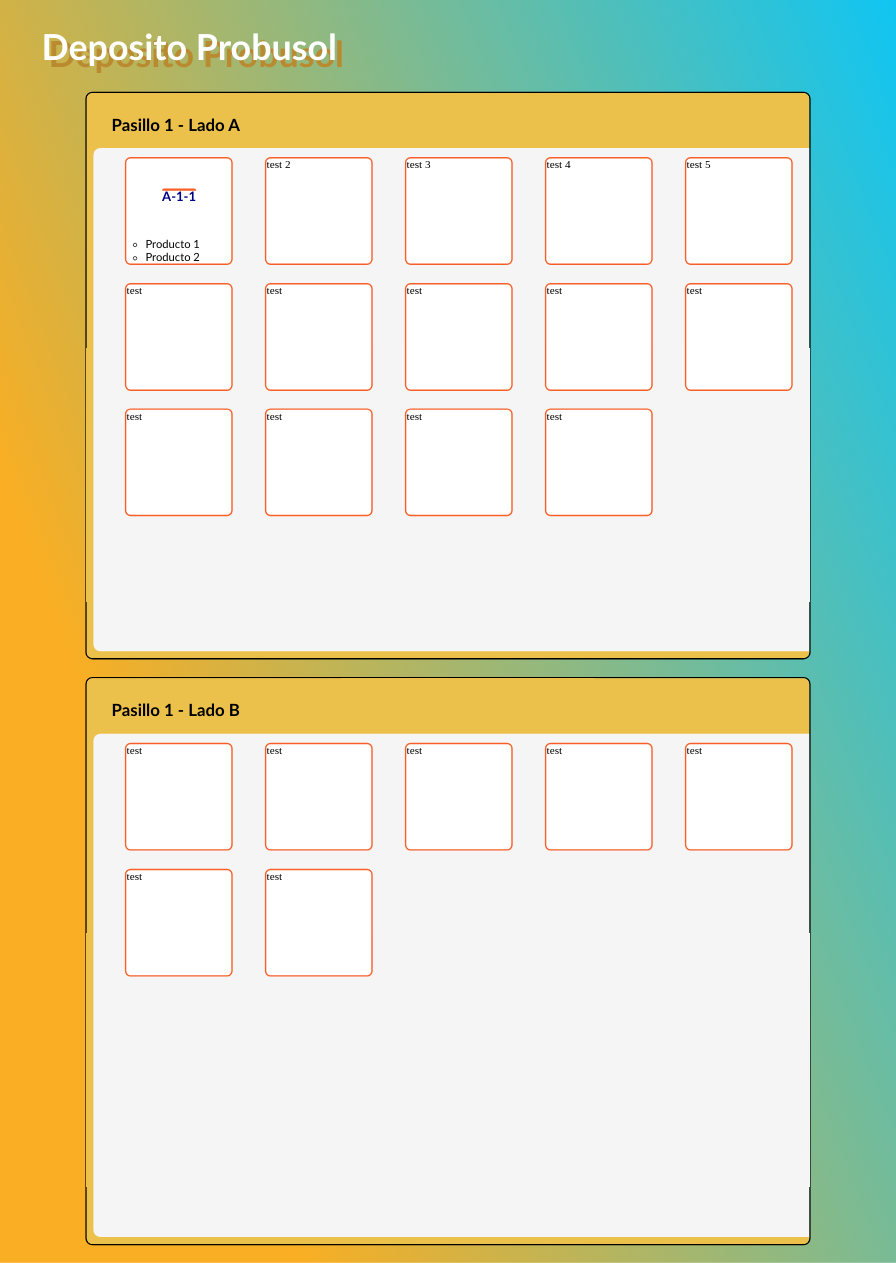
Repository: Franzcod/DepoStock_Web
Page: index.html
The author's editor kept a copy of each file at every save. The page is drawn from the files as they stood at one save, then again after the next save.
The browser window is 1280 px wide. The pictures show the whole page, at 70% of full size.

Above is the page before, as saved 2020-06-07 20:56:18.
Console error: ReferenceError: ur is not defined

### index.html
<!DOCTYPE html>
<html lang="en">
<head>
    <meta charset="UTF-8">
    <meta name="viewport" content="width=device-width, initial-scale=1.0">
    <title>Deposito Probusol</title>

    <link rel="stylesheet" href="estilo/estilo.css">
</head>
<body>

    <div class="titulo">
        <h1>Deposito Probusol</h1>
    </div>


    <div class="app">
        <h2>Pasillo 1 - Lado A</h2>

        <ul class="hs">

            <li class="item">
                <div class="posi-1">
                    <h3 class="pos">A-1-1</h3>
                </div>
                <ul class="listaProduc">
                    <li class="producto"> Producto 1</li>
                    <li class="producto"> Producto 2</li>
                </ul>
            </li>

            <li class="item">test 2</li>
            <li class="item">test 3</li>
            <li class="item">test 4</li>
            <li class="item">test 5</li>
            <li class="item">test 6</li>
            <li class="item">test 7</li>
            <li class="item">test 8</li>
            <li class="item">test 9</li>
            <li class="item">test</li>
            <li class="item">test</li>
            <li class="item">test</li>
            <li class="item">test</li>
            <li class="item">test</li>
            <li class="item">test</li>
            <li class="item">test</li>
            <li class="item">test</li>
            <li class="item">test</li>
            <li class="item">test</li>
            <li class="item">test</li>
            <li class="item">test</li>
            <li class="item">test</li>
            <li class="item">test</li>
            <li class="item">test</li>

        </ul>

        <!-- <div class="container">
            <div class="item">
            <h3>Block for context</h3>
            </div>
        </div> -->
    </div>

    <div class="app">
        <h2>Pasillo 1 - Lado B</h2>

        <ul class="hs">
            <li class="item">test</li>
            <li class="item">test</li>
            <li class="item">test</li>
            <li class="item">test</li>
            <li class="item">test</li>
            <li class="item">test</li>
            <li class="item">test</li>
            <li class="item">test</li>
            <li class="item">test</li>
            <li class="item">test</li>
            <li class="item">test</li>
            <li class="item">test</li>

        </ul>

        <!-- <div class="container">
            <div class="item">
            <h3>Block for context</h3>
            </div>
        </div> -->
    </div>






    <script>ur</script>

</body>







</html>

### estilo/estilo.css
html{
    background: rgb(11,196,242);
    background: linear-gradient(249deg, rgba(11,196,242,0.981127485173757) 0%, rgba(248,163,5,0.8774860285911239) 78%);
}

.titulo{
    margin: 2vw 4vw;
    align-items: flex-start;
    color: #fff;
    font-size: 2vw;
    font-family: 'Gill Sans', 'Gill Sans MT', Calibri, 'Trebuchet MS', sans-serif;
    text-shadow: 10px 10px rgb(186, 138, 48);
}



.app {
    padding: 10px;
    display: grid;
    grid-gap: var(--gutter) 0;
    border: 2px solid black;
    /* grid-template-columns: var(--gutter) 1fr var(--gutter);  */
    align-content: start;
    width: 80%;
    height: 75%;
    background: rgb(235, 192, 75);
    /* overflow-y: scroll; */
    margin: 2vw auto;
    overflow-x: auto;
    border-radius: 10px;
}


.hs {
    display: grid;
    grid-template-columns: repeat(10, 1fr);
    grid-template-rows: repeat(4, 1fr);
    overflow-x: auto;
    /* scroll-snap-type: x proximity; */
    padding-bottom: calc(.75 * var(--gutter));
    background-color:whitesmoke;
    width: 2000px;
    align-items: center;
    margin: auto;
    border-radius: 10px;
}

h2{
    margin-left: 2vw;
    font-family: 'Gill Sans', 'Gill Sans MT', Calibri, 'Trebuchet MS', sans-serif;
}

.item {
    /* scroll-snap-align: center; */
    /* padding: 2px;  */
    display: flex;
    flex-direction: column;
    justify-content: start;
    align-items: flex-start;
    background: #fff;
    border: 2px solid rgb(247, 95, 39);
    border-radius: 8px;
    height: 150px;
    width: 150px;
    margin: 1vw 5px;

}
.posi-1{
    margin: auto;
}

.pos{
    width: 100%;
    height: 15%;
    border-radius: 4px 4px 0 0 ;
    margin: 0px auto;
    align-items: center;
    color: darkblue;
    background: rgb(247, 95, 39);
    margin-inline-start: auto;
    font-family: 'Gill Sans', 'Gill Sans MT', Calibri, 'Trebuchet MS', sans-serif;

}


.listaProduc{
    margin-top: 5px;
    margin-left: 2px;
    padding-left: 25px;
    font-family: 'Gill Sans', 'Gill Sans MT', Calibri, 'Trebuchet MS', sans-serif;

}

After the next save:
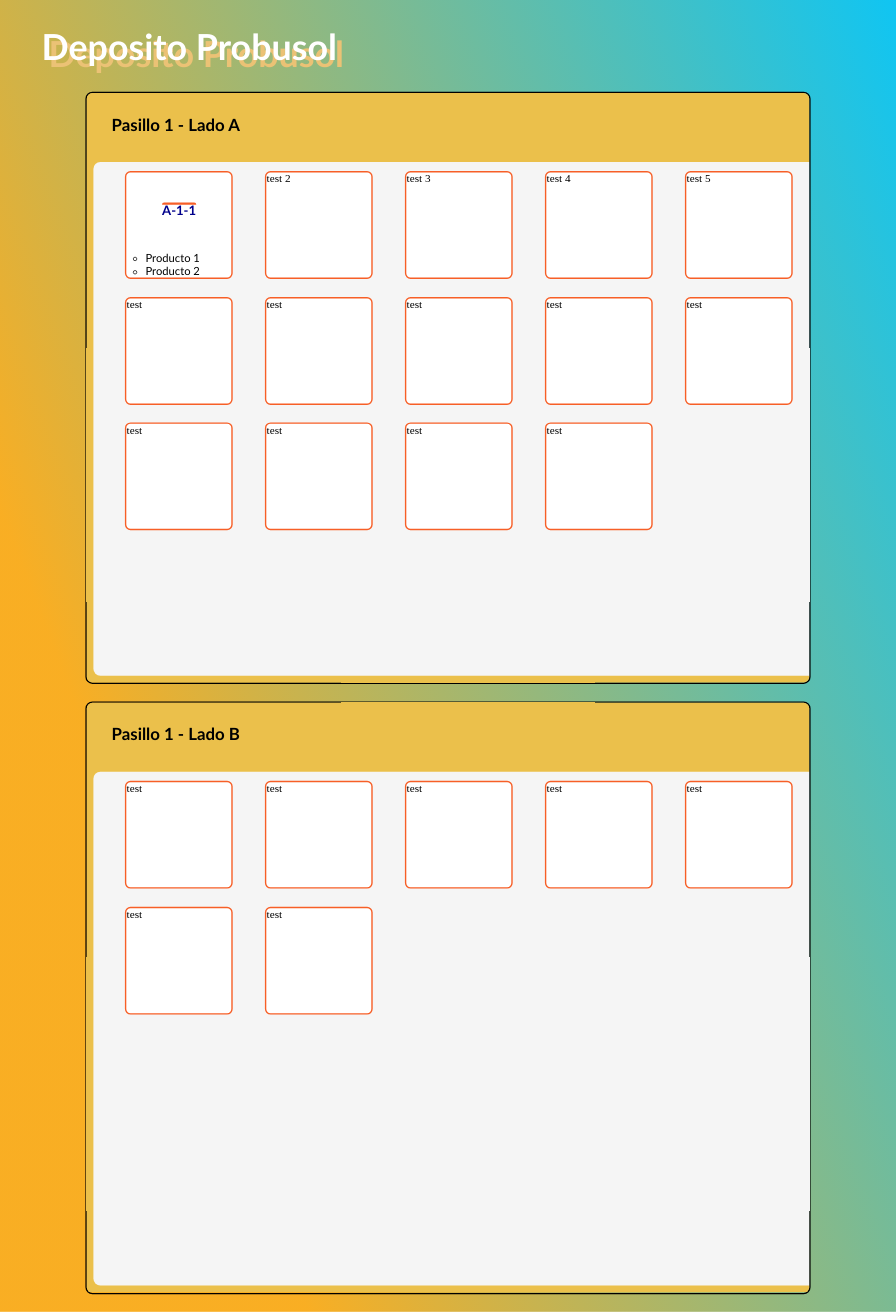
Saved 9 min 18 s later.
--- a/estilo/estilo.css
+++ b/estilo/estilo.css
@@ -9,10 +9,13 @@ html{
     color: #fff;
     font-size: 2vw;
     font-family: 'Gill Sans', 'Gill Sans MT', Calibri, 'Trebuchet MS', sans-serif;
-    text-shadow: 10px 10px rgb(186, 138, 48);
+    text-shadow: 10px 10px rgb(235, 194, 117);
 }
 
 
+:root {
+--gutter: 20px;
+}
 
 .app {
     padding: 10px;
